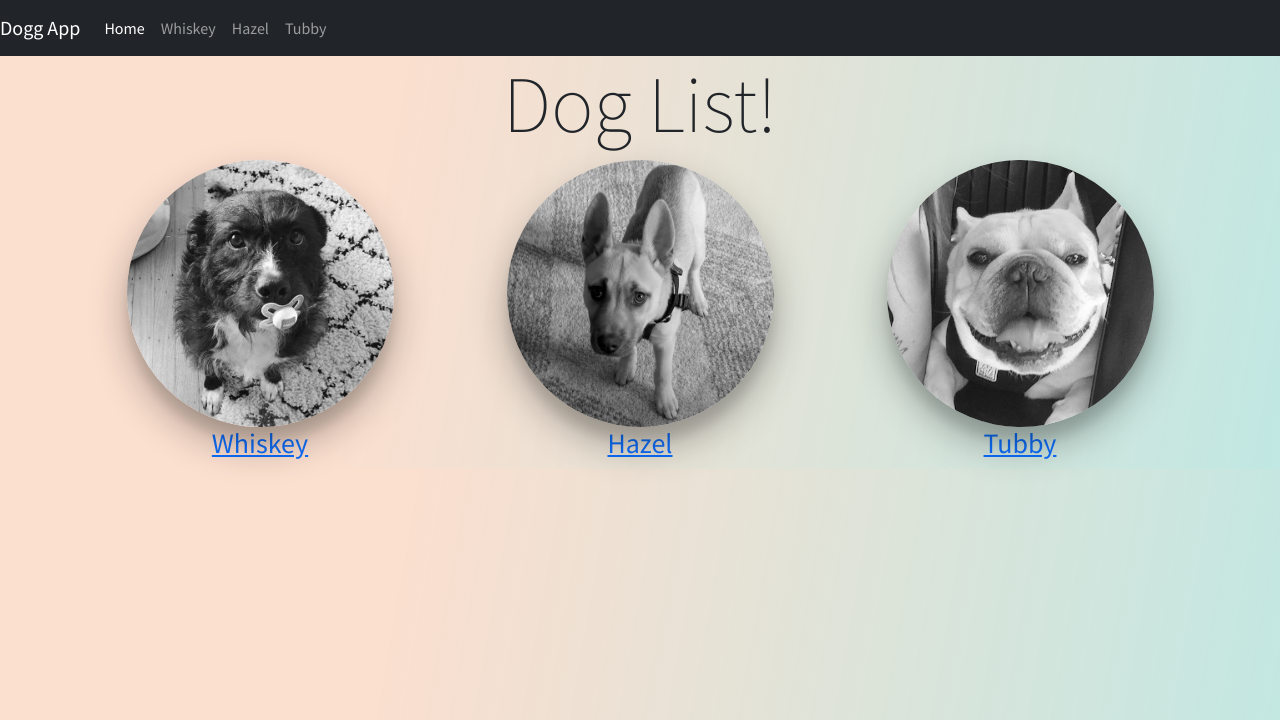
Repository: zhapar/dogs
Page: /dogs
The author's editor kept a copy of each file at every save. The page is drawn from the files as they stood at one save, then again after the next save.
The browser window is 1280 px wide. The pictures show the whole page.
The pointer rests on the first visible `.Dog`.
The project was rebuilt for these pictures with package versions that can differ from the ones it lists, and the page was loaded fresh each time. A package was used in the major version that the imports need, not the one package.json lists. Also part of the build but not shown: src/DogDetails.js, src/App.css.

Above is the page before, as saved 2020-09-06 13:03:10.

### src/index.js
import React from "react";
import ReactDOM from "react-dom";
import "bootstrap";
import "bootstrap/dist/css/bootstrap.min.css";
import { BrowserRouter } from "react-router-dom";
import "./index.css";
import App from "./App";
import * as serviceWorker from "./serviceWorker";

ReactDOM.render(
  <React.StrictMode>
    <BrowserRouter>
      <App />
    </BrowserRouter>
  </React.StrictMode>,
  document.getElementById("root")
);

// If you want your app to work offline and load faster, you can change
// unregister() to register() below. Note this comes with some pitfalls.
// Learn more about service workers: https://bit.ly/CRA-PWA
serviceWorker.unregister();

### src/index.css
@import url('https://fonts.googleapis.com/css2?family=Source+Sans+Pro:wght@200;400&display=swap');

body {
  margin: 0;
  font-family: 'Source Sans Pro', sans-serif;
  -webkit-font-smoothing: antialiased;
  -moz-osx-font-smoothing: grayscale;
  background: linear-gradient(100deg,
      rgba(250, 215, 195, 0.8) 30%,
      #b0eae8 120%);
}

code {
  font-family: source-code-pro, Menlo, Monaco, Consolas, 'Courier New',
    monospace;
}

### src/App.js
import React, { Component } from "react";
import Navbar from "./Navbar";
import Routes from "./Routes";
import whiskey from "./images/whiskey.jpg";
import hazel from "./images/hazel.jpg";
import tubby from "./images/tubby.jpg";
import "./App.css";

class App extends Component {
  static defaultProps = {
    dogs: [
      {
        name: "Whiskey",
        age: 5,
        src: whiskey,
        facts: [
          "Whiskey loves eating popcorn.",
          "Whiskey is a terrible guard dog.",
          "Whiskey wants to cuddle with you!",
        ],
      },
      {
        name: "Hazel",
        age: 3,
        src: hazel,
        facts: [
          "Hazel has soooo much energy!",
          "Hazel is highly intelligent.",
          "Hazel loves people more than dogs.",
        ],
      },
      {
        name: "Tubby",
        age: 4,
        src: tubby,
        facts: [
          "Tubby is not the brightest dog",
          "Tubby does not like walks or exercise.",
          "Tubby loves eating food.",
        ],
      },
    ],
  };
  render() {
    return (
      <div>
        <Navbar dogs={this.props.dogs} />
        <div className="container">
          <Routes dogs={this.props.dogs} />
        </div>
      </div>
    );
  }
}

export default App;

### src/Navbar.js
import React, { Component } from "react";
import { NavLink, Link } from "react-router-dom";

class Navbar extends Component {
  render() {
    const dogLinks = this.props.dogs.map((dog) => (
      <li className="navbar-item" key={dog.name}>
        <NavLink exact to={`/dogs/${dog.name}`} className="nav-link">
          {dog.name}
        </NavLink>
      </li>
    ));
    return (
      <nav className="navbar navbar-expand-lg navbar-dark bg-dark">
        <Link to="/dogs" className="navbar-brand">
          Dogg App
        </Link>
        <button
          className="navbar-toggler"
          type="button"
          data-toggle="collapse"
          data-target="#navbarNav"
          aria-expanded="false"
          aria-label="Toggle navigation"
        >
          <span className="navbar-toggler-icon"></span>
        </button>
        <div className="collapse navbar-collapse" id="navbarNav">
          <ul className="navbar-nav">
            <li className="navbar-item">
              <NavLink exact to="/dogs" className="nav-link">
                Home
              </NavLink>
            </li>
            {dogLinks}
          </ul>
        </div>
      </nav>
    );
  }
}

export default Navbar;

### src/Routes.js
import React, { Component } from "react";
import { Switch, Route, Redirect } from "react-router-dom";
import DogList from "./DogList";
import DogDetails from "./DogDetails";

class Routes extends Component {
  render() {
    const getDog = (props) => {
      const name = props.match.params.name;
      const currentDog = this.props.dogs.find(
        (dog) => dog.name.toLowerCase() === name.toLowerCase()
      );
      return <DogDetails {...props} dog={currentDog} />;
    };
    return (
      <Switch>
        <Route
          exact
          path="/dogs"
          render={() => <DogList dogs={this.props.dogs} />}
        />
        <Route exact path="/dogs/:name" render={getDog} />
        <Redirect to="/dogs" />
      </Switch>
    );
  }
}

export default Routes;

### src/DogList.js
import React, { Component } from "react";
import { Link } from "react-router-dom";
import "./DogList.css";

class DogList extends Component {
  render() {
    return (
      <div className="DogList">
        <h1 className="display-1 text-center">Dog List!</h1>
        <div className="row">
          {this.props.dogs.map((d) => (
            <div className="Dog col-md-6 col-lg-4 text-center" key={d.name}>
              <img src={d.src} alt={d.name} />
              <h3>
                <Link to={`/dogs/${d.name}`}>{d.name}</Link>
              </h3>
            </div>
          ))}
        </div>
      </div>
    );
  }
}

export default DogList;

### src/DogList.css
.Dog img {
  width: 75%;
  border-radius: 50%;
  filter: grayscale();
  box-shadow: 0 19px 38px rgba(0, 0, 0, 0.3), 0 15px 12px rgba(0, 0, 0, 0.1);
}

Loaded but not shown: public/index.html (common file); src/serviceWorker.js (common file); public/manifest.json (common file)

After the next save:
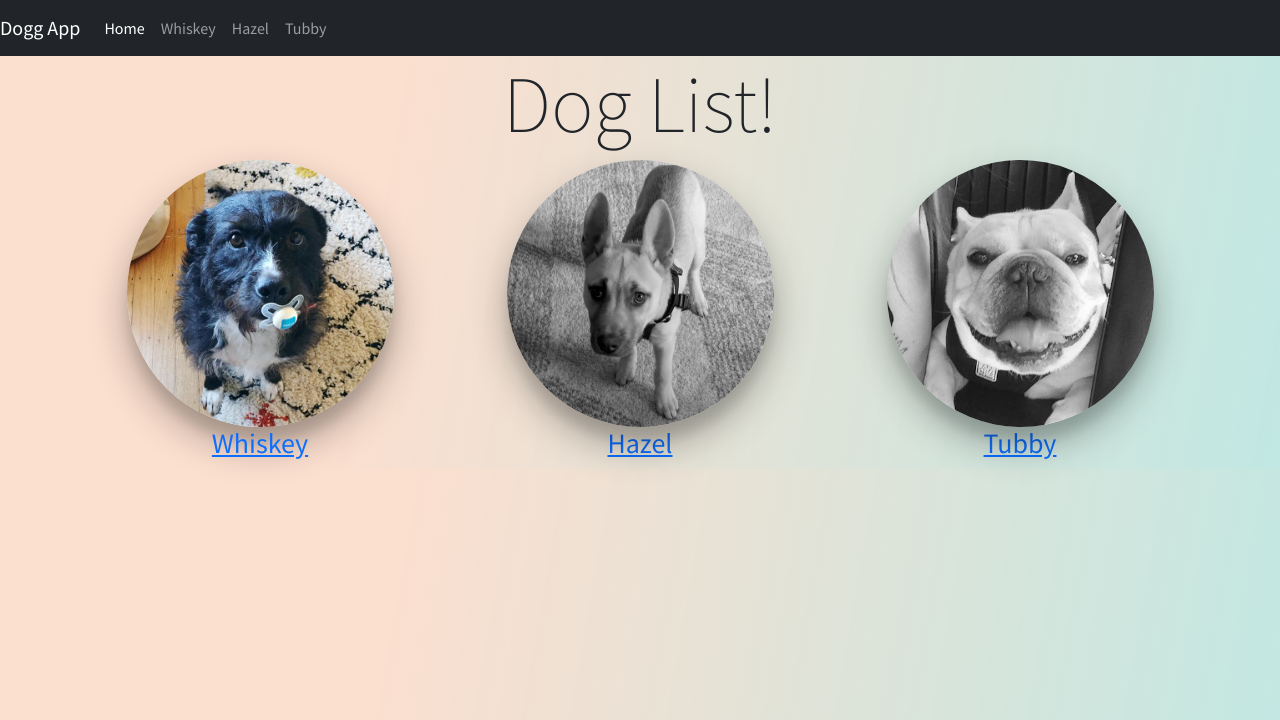
Saved 22 s later.
--- a/src/DogList.css
+++ b/src/DogList.css
@@ -4,3 +4,7 @@
   filter: grayscale();
   box-shadow: 0 19px 38px rgba(0, 0, 0, 0.3), 0 15px 12px rgba(0, 0, 0, 0.1);
 }
+
+.Dog:hover img {
+  filter: none;
+}
